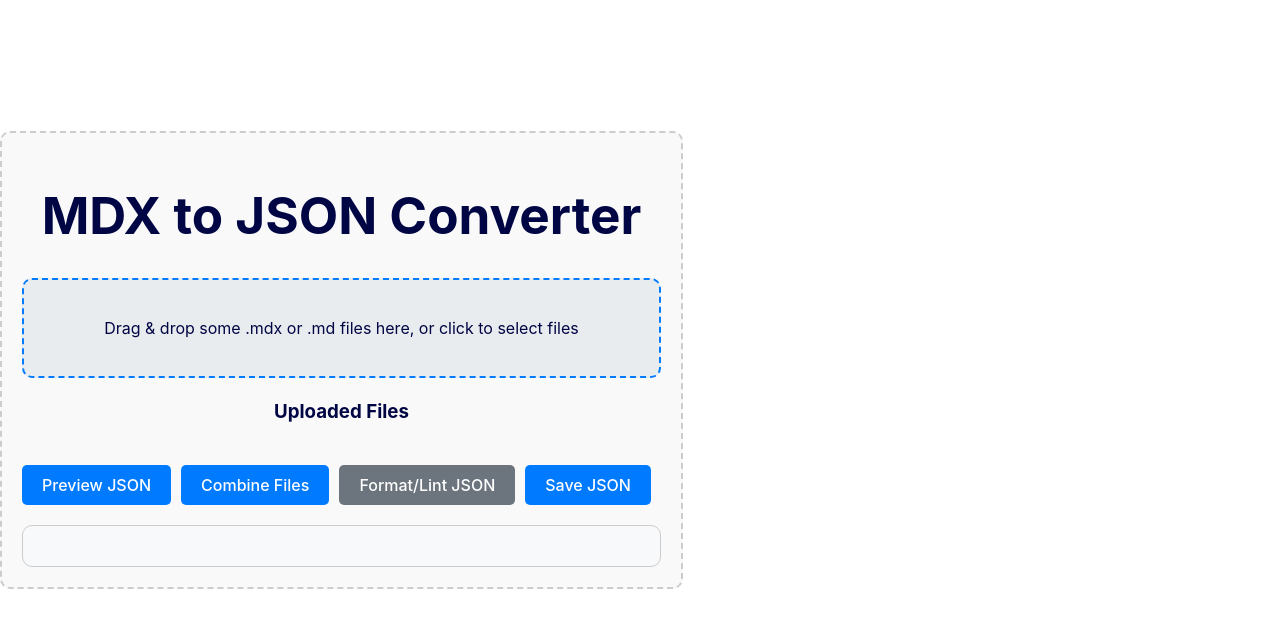
Repository: LayerDynamics/mdx-to-json
Page: /
These files come from the project's save history. The page is drawn as it stood at one moment and after the next save; the edit follows.
The browser window is 1280 px wide. The pictures show the whole page.
The project was rebuilt for these pictures with package versions that can differ from the ones it lists, and the page was loaded fresh each time. Also part of the build but not shown: vite.config.ts.

Above is the page before, as saved 2024-08-20 09:41:52.

After the next save:
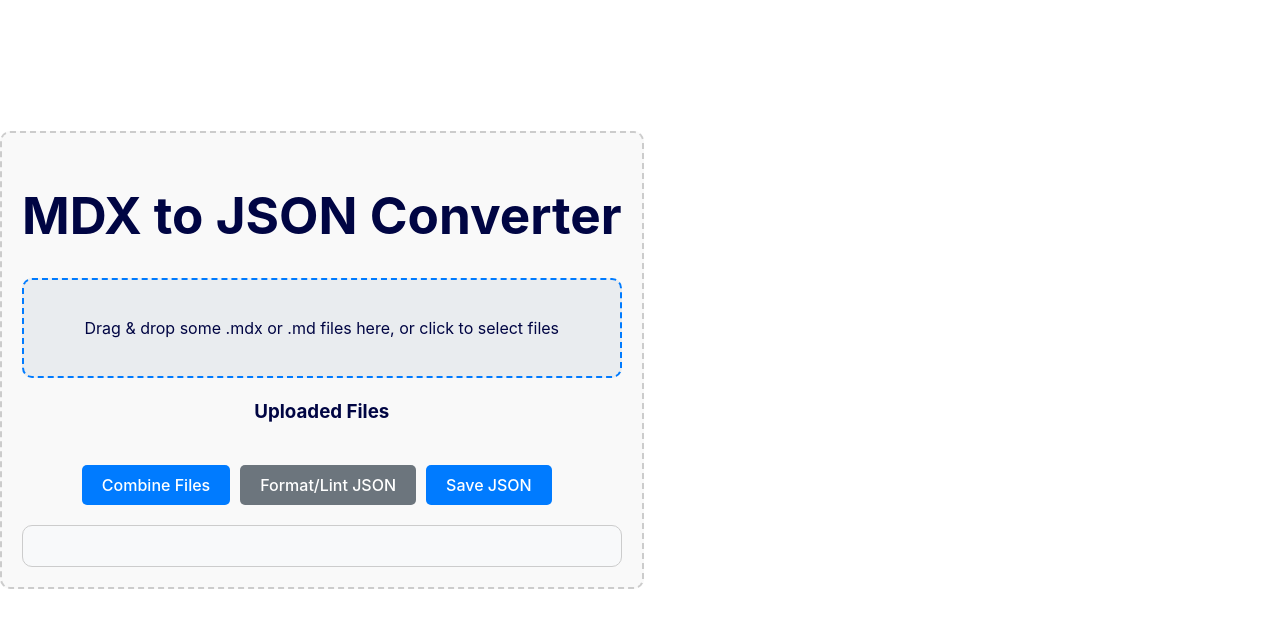
Saved 7 min 47 s later.
--- a/src/App.tsx
+++ b/src/App.tsx
@@ -1,10 +1,9 @@
-import React, { useState, useCallback } from "react";
+import React, { useState, useCallback, useEffect } from "react";
 import { useDropzone, FileRejection } from "react-dropzone";
 import { parseMDX, createKnowledgeBaseEntry } from "./utils/mdxUtils";
 import { Container, Button, DropzoneArea, PreviewContainer } from "./styles";
 import FileList from "./components/FileList";
 import FormatButton from "./components/FormatButton";
-import deepmerge from 'deepmerge';
 
 interface KnowledgeBaseEntry {
     title: string;
@@ -17,28 +16,10 @@ interface KnowledgeBaseEntry {
     };
 }
 
-const combineJSONEntries = (jsonEntries: KnowledgeBaseEntry[]) => {
-    if (!Array.isArray(jsonEntries)) {
-        throw new Error('Expected an array of JSON objects');
-    }
-
-    return jsonEntries.reduce((acc, curr) => {
-        return deepmerge(acc, curr, {
-            arrayMerge: (destinationArray, sourceArray) => sourceArray,
-            customMerge: (key) => {
-                if (key === 'specificKey') {
-                    return (target, source) => source;
-                }
-                return undefined;
-            }
-        });
-    }, {});
-};
-
 const App: React.FC = () => {
     const [mdxFiles, setMdxFiles] = useState<File[]>([]);
     const [jsonEntries, setJsonEntries] = useState<KnowledgeBaseEntry[]>([]);
-    const [combinedJson, setCombinedJson] = useState<KnowledgeBaseEntry | null>(null);
+    const [combinedJson, setCombinedJson] = useState<any | null>(null);
 
     const onDrop = useCallback(
         (acceptedFiles: File[], rejectedFiles: FileRejection[]) => {
@@ -79,6 +60,12 @@ const App: React.FC = () => {
         setJsonEntries(entries);
     };
 
+    useEffect(() => {
+        if (mdxFiles.length > 0) {
+            handlePreview();  // Automatically preview files when they are uploaded
+        }
+    }, [mdxFiles]);
+
     const handleCombine = () => {
         console.log('JSON entries before combine:', jsonEntries);
 
@@ -87,7 +74,15 @@ const App: React.FC = () => {
             return;
         }
 
-        const combined = combineJSONEntries(jsonEntries);
+        const combined = jsonEntries.reduce((acc, entry) => {
+            acc[entry.title] = {
+                tags: entry.tags,
+                category: entry.category,
+                content: entry.content,
+                metadata: entry.metadata,
+            };
+            return acc;
+        }, {});
 
         console.log('Combined JSON:', combined);
         setCombinedJson(combined);
@@ -133,7 +128,6 @@ const App: React.FC = () => {
 
             <FileList files={mdxFiles} onDelete={handleDeleteFile} />
 
-            <Button onClick={handlePreview}>Preview JSON</Button>
             <Button onClick={handleCombine}>Combine Files</Button>
             <FormatButton jsonEntries={jsonEntries} onFormat={handleFormat} />
             <Button onClick={handleSave}>Save JSON</Button>
